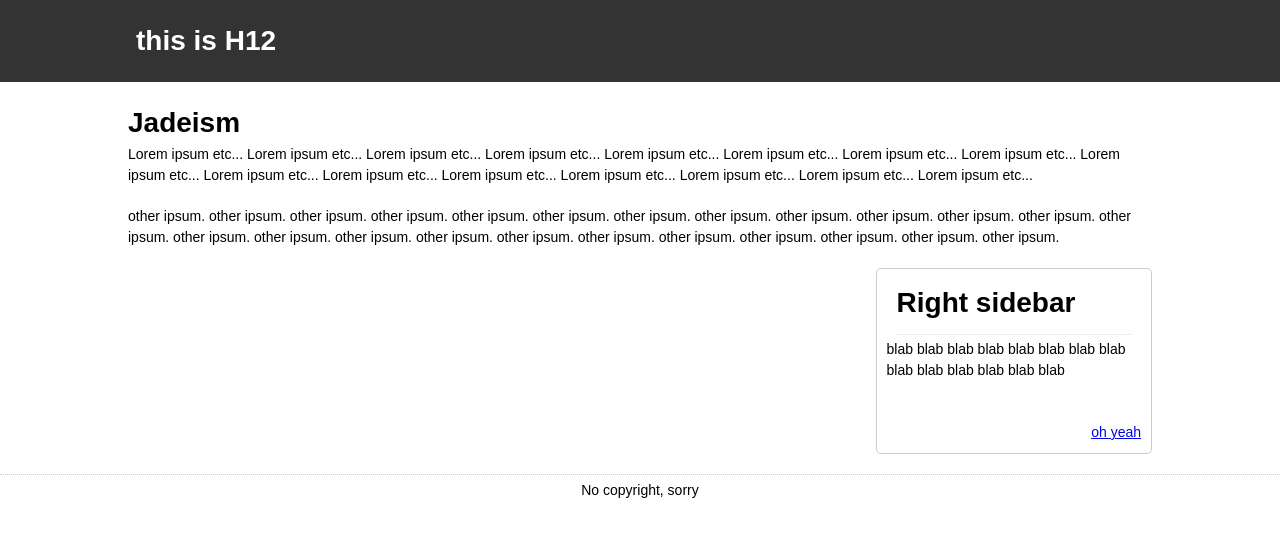
Repository: simonbcky/101
Page: http://localhost/j
The author's editor kept a record of every edit. The page is drawn from the files as they stood at one moment, then again after the next edit.
The browser window is 1280 px wide. The pictures show the whole page.
The page is served by the project's Node server (Jadestuff/index.js).

Above is the page before.

### Jadestuff/views/index.jade
extend layout
//defining content
block content
    h1 #{title}
    p.
        Lorem ipsum etc... Lorem ipsum etc... Lorem ipsum etc... Lorem ipsum etc... Lorem ipsum etc... Lorem ipsum etc... Lorem ipsum etc... Lorem ipsum etc... Lorem ipsum etc... Lorem ipsum etc... Lorem ipsum etc... Lorem ipsum etc...
        Lorem ipsum etc... Lorem ipsum etc... Lorem ipsum etc... Lorem ipsum etc...
    p.
        other ipsum. other ipsum. other ipsum. other ipsum. other ipsum. other ipsum. other ipsum. other ipsum. other ipsum. other ipsum. other ipsum. other ipsum. other ipsum. other ipsum. other ipsum.
        other ipsum. other ipsum. other ipsum. other ipsum. other ipsum. other ipsum. other ipsum. other ipsum. other ipsum.
block sidebar
    .block
        h1 Right sidebar
        p.
            blab blab blab blab blab blab blab blab blab blab blab blab blab blab
        br
        .readmore
            a(href="http://infoframe.hu") oh yeah

### Jadestuff/views/layout.jade
doctype html
html
    head
        title #{title} - Node.js with jade
        link(rel='stylesheet', href='/css/styles.css')
    body
        header
            .container
                h1 this is H12
        .container
            .main-content
                block content
                .sidebar
                    block sidebar
        footer
            .container
            p No copyright, sorry

### Jadestuff/index.js
var express = require("express")
var jade = require("jade")

var portNo = process.env.PORT

var app = express()

console.log("express inited")

app.set('views',__dirname + "/views")
app.set("view engine", "jade")

console.log("jade inited")

//css, img etc coming from:
var path= __dirname+"/../client"
console.log(path)

app.use(express.static(path))

app.get("/d",function(req,res){    res.render("default")
})

app.get("/j",function(req,res){    res.render("index", {title:"Jadeism"})
})



app.listen(portNo, function() {console.log("index.js listening")})

### client/css/styles.css
/* clear everything out */
*{
    margin:0;
    padding:0;
}

body{
    line-height:1.5;
    font-family:Arial;
    font-size:14px;
    color:#000;
    background:#fff;
}

ul,li{
    list-style:none;
}

.container{
    width:80%;
    margin:auto;
    overflow:hidden;

}

header{
    padding:20px 10px;
    color:#fff;
    background:#333;
    margin-bottom:20px;

}

header h1{

    color:#fff;

}
.main-content p{
    margin-bottom:20px;

}

.sidebar{
    float:right;
    width:27%;

}

.sidebar .block{
    border-radius:5px;
    border:1px solid #ccc;
    padding:0 10px 10px 10px;
    background:##f4f4f4;
    overflow:hidden;

}

.sidebar .block h1{
    margin:13px 10px 4px;
    padding-bottom:10px;
    border-bottom:1px dotted #ddd;

}

.readmore{
    float:right;

}

.readmore a{
    #666;

}

footer{
    border-top:1px dotted #ccc;
    padding-top:5px;
    text-align:center;
    margin-top:20px;

}


/*when browser is under 568px the following applies: */
@media(max-width:568px){
    header{
        text-align:center;
    }

    .main-content{
        float:none;
        width:100%;
        clear:both;
        text-align:center;
    }

    .sidebar{
        float:none;
        width:100%;
        clear:both;
        text-align:center;
    }

    .sidebar .block{
        margin:0;

    }
}

After the next edit:
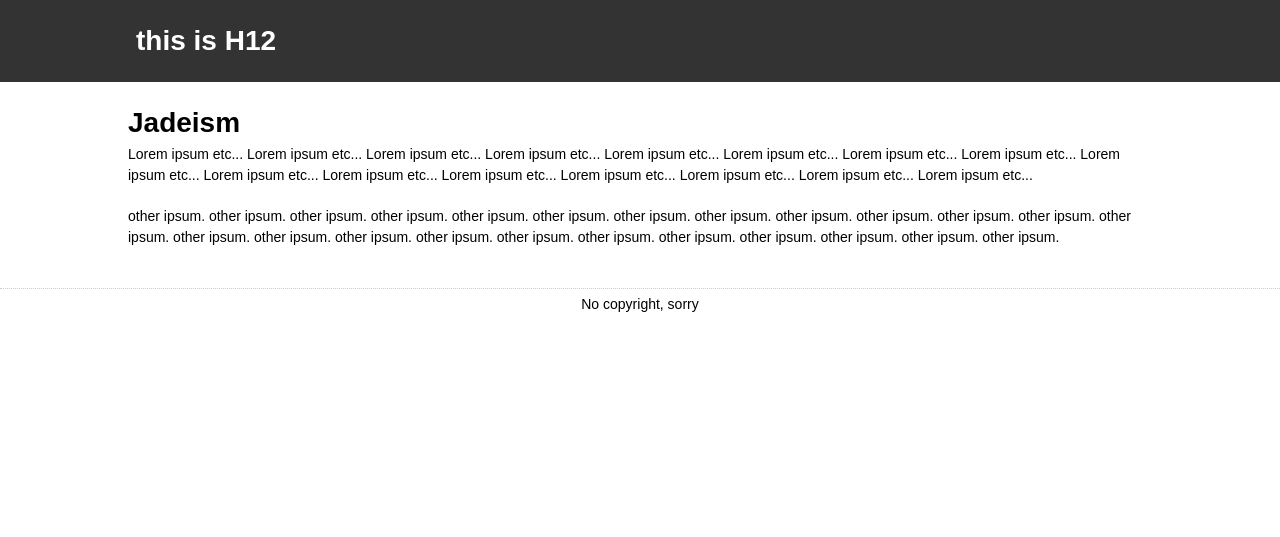
The edit:
--- a/Jadestuff/views/layout.jade
+++ b/Jadestuff/views/layout.jade
@@ -10,8 +10,8 @@
         .container
             .main-content
                 block content
-                .sidebar
-                    block sidebar
+                    .sidebar
+                        block sidebar
         footer
             .container
             p No copyright, sorry
